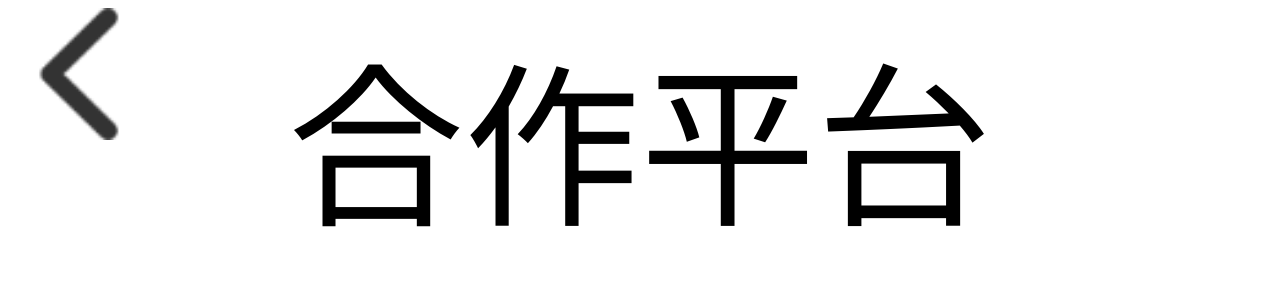
Repository: GgoodBoy/js-object
Page: jquery懒加载/platObj/platForm.html
The author's editor kept a copy of each file at every save. The page is drawn from the files as they stood at one save, then again after the next save.
The browser window is 1280 px wide. The pictures show the whole page.
Some web libraries are served in a nearby version.

Above is the page before, as saved 2019-10-15 13:45:59.

After the next save:
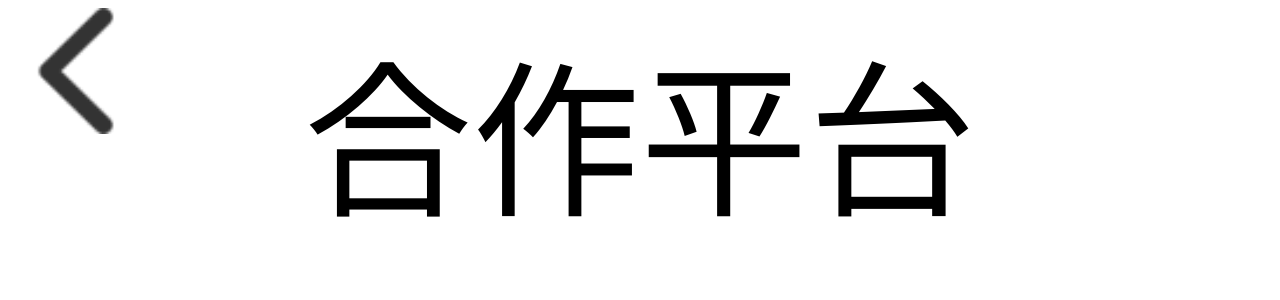
Saved 8 s later.
--- a/jquery懒加载/platObj/platForm.html
+++ b/jquery懒加载/platObj/platForm.html
@@ -25,7 +25,7 @@
         evt = "onorientationchange" in window ? "orientationchange" : "resize",
         fn = function() {
             var width = docEle.clientWidth;
-            width && (docEle.style.fontSize = Math.ceil(44 * (width / 320)) + "px");
+            width && (docEle.style.fontSize = Math.ceil(42 * (width / 320)) + "px");
         };
 
     win.addEventListener(evt, fn, false);
